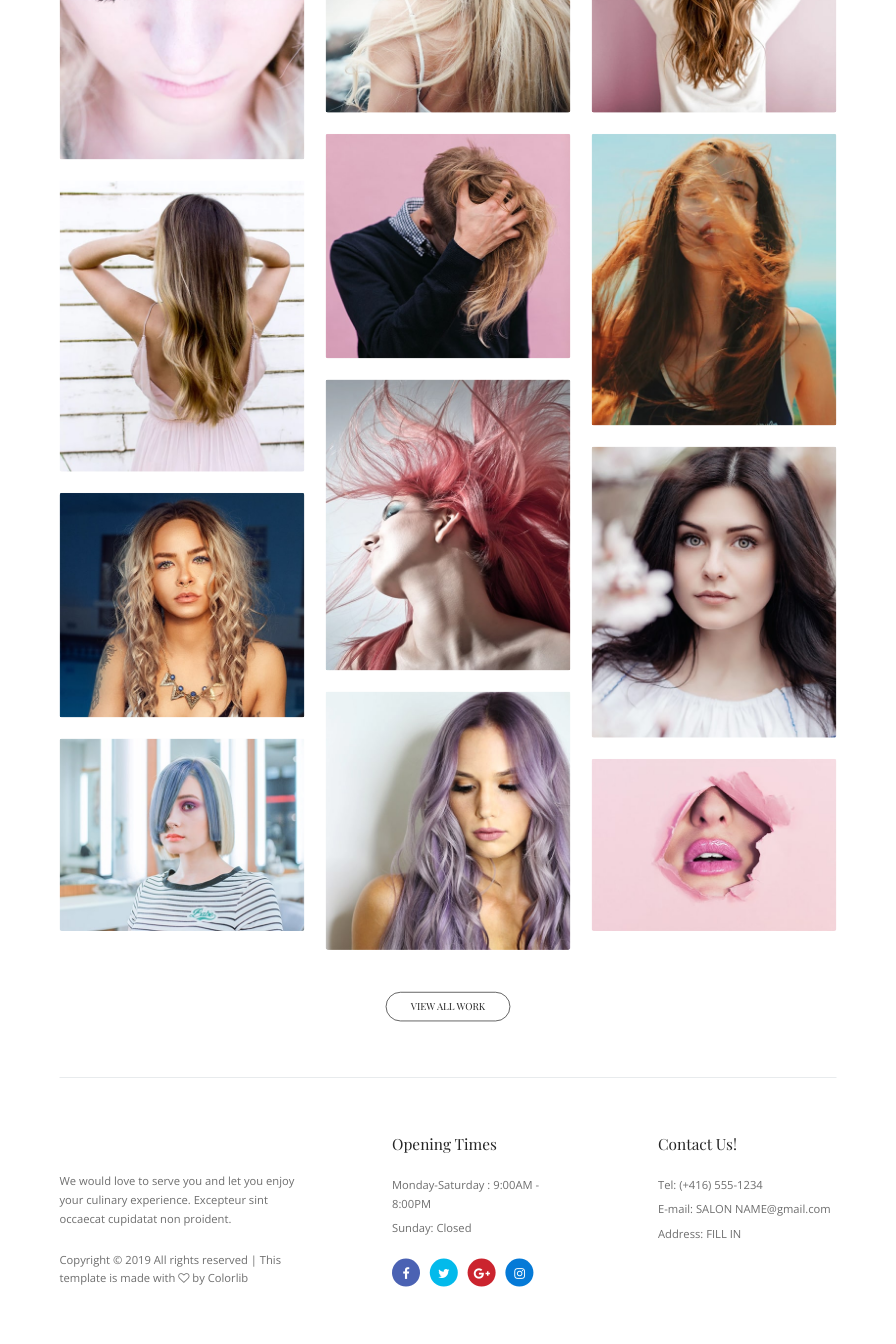
Repository: hanihassan1/Bay-wash-studio
Page: http://localhost/portfolio
The author's editor kept a record of every edit. The page is drawn from the files as they stood at one moment, then again after the next edit.
The browser window is 1280 px wide. The pictures show the part of the page from y = 720 to 2640 px (the page is 2640 px tall before and 2568 px after), at 70% of full size.
The page is served by the project's application, run on Flask 3 (run.py).

Above is the page before.
Console error: TypeError: Cannot read properties of null (reading 'jQuery22409362962306477132')

After the next edit:
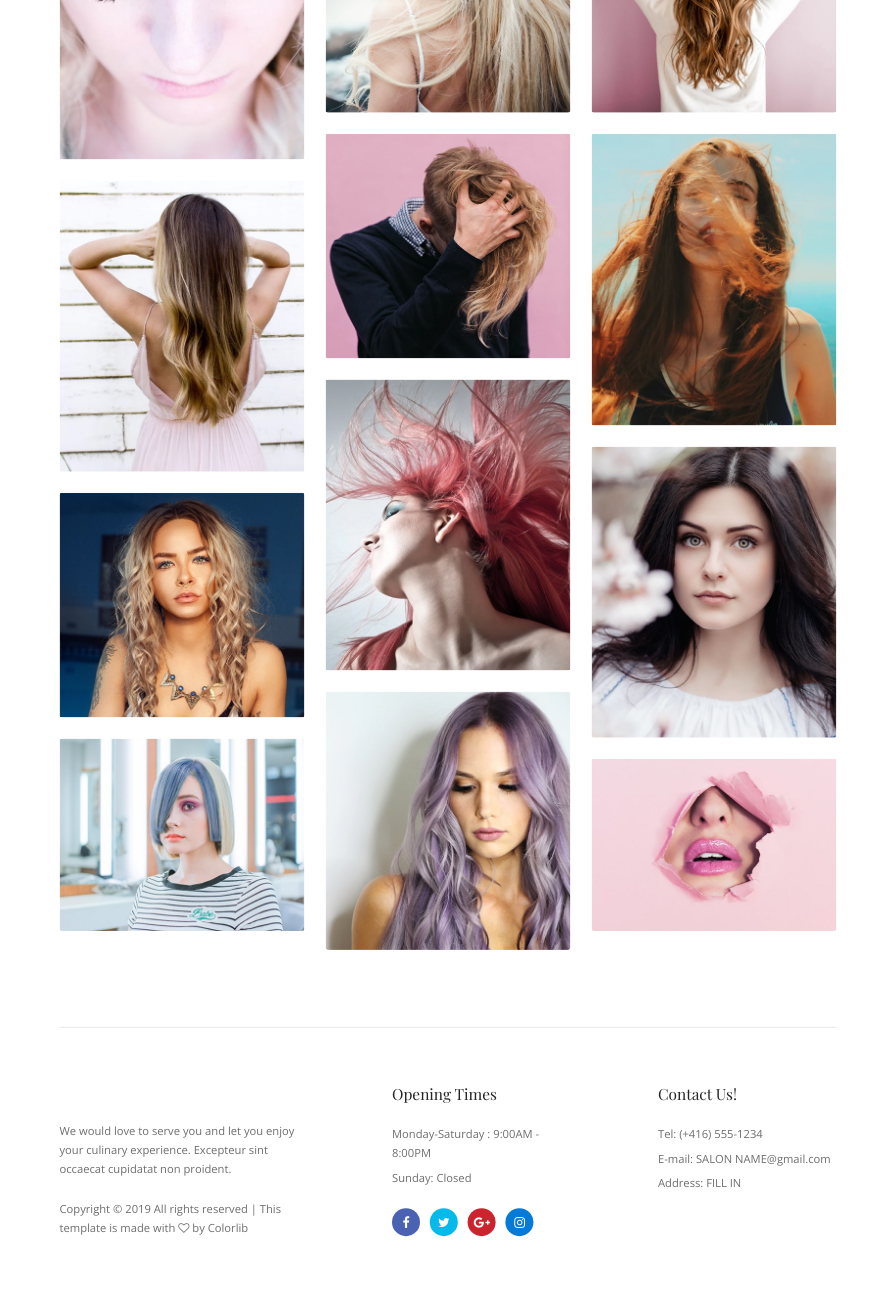
The edit:
--- a/templates/portfolio.html
+++ b/templates/portfolio.html
@@ -277,13 +277,6 @@
                 </div>
             </div>
 
-            <div class="row">
-                <div class="col-12">
-                    <div class="view-all-btn mt-30 text-center">
-                        <a href="portfolio.html" class="btn akame-btn">View All Work</a>
-                    </div>
-                </div>
-            </div>
         </div>
     </section>
     <!-- Portfolio Area End -->
